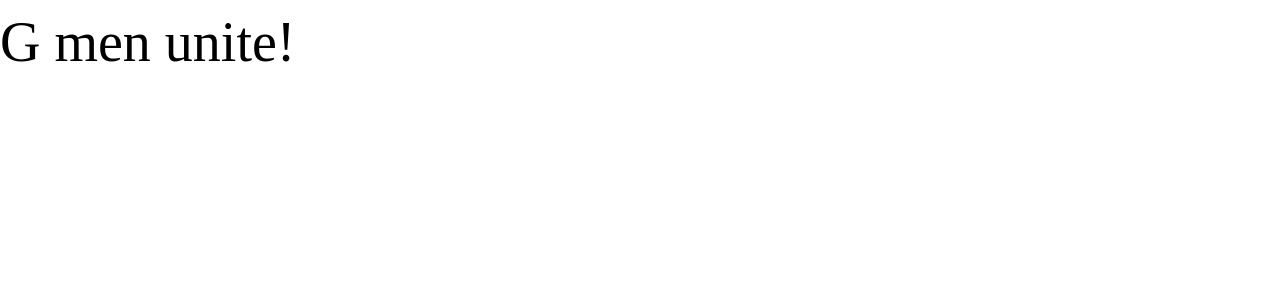
Repository: anthonybrown/website-practice
Page: index.html
An editor plug-in stored every save of this project. The page is shown before and after the next save, followed by the edit.
The browser window is 1280 px wide. The pictures show the whole page.

Above is the page before, as saved 2023-04-18 09:10:12.

### index.html
<!DOCTYPE html>
<html lang="en">

<head>
  <meta charset="UTF-8" />
  <link rel="icon" type="image/svg+xml" href="/vite.svg" />
  <meta name="viewport" content="width=device-width, initial-scale=1.0" />
  <title>Vite App</title>
  <link rel="preconnect" href="https://fonts.googleapis.com">
  <link rel="preconnect" href="https://fonts.gstatic.com" crossorigin>
  <link href="https://fonts.googleapis.com/css2?family=Be+Vietnam+Pro:wght@400;500;700&display=swap" rel="stylesheet">
  <link rel="stylesheet" href="style.css">
</head>

<body>
  <h1 class="fs-primary-heading">G men unite!</h1>
  <script type="module" src="/main.js"></script>
</body>

</html>

### style.css
:root {
  --clr-accent-400: hsl(12, 88%, 59%);
  --clr-accent-100: hsl(13, 100%, 96%);

  --clr-primary-400: hsl(228, 39%, 23%);

  --clr-neutral-100: hsl(232, 12%, 13%);
  --clr-neutral-900: hsl(0, 0%, 0%);

  --ff-primary: 'Be Vietnam Pro', sans-serif;

  --ff-body: var(--ff-primary);
  --ff-heading: var(--ff-primary);

  --fw-regular: 400;
  --fw-semi-bold: 500;
  --fw-bold: 700;

  --fs-300: 0.8125rem;
  --fs-400: 0.875rem;
  --fs-500: 0.9375rem;
  --fs-600: 1rem;
  --fs-700: 1.875rem;
  --fs-800: 2.5rem;
  --fs-900: 3.5rem;

  --fs-body: var(--fs-400);
  --fs-primary-heading: var(--fs-800);
  --fs-secondary-heading: var(--fs-700);
  --fs-nav: var(--fs-500);
  --fs-button: var(--fs-300);
}

@media (min-width: 50em) {
  :root {
    --fs-body: var(--fs-500);
    --fs-primary-heading: var(--fs-900);
    --fs-secondary-heading: var(--fs-800);

    --fs-nav: var(--fs-300);
  }
}

/* Box sizing rules */
*,
*::before,
*::after {
  box-sizing: border-box;
}

/* Remove default margin */

* {
  margin: 0;
  padding: 0;
  font: inherit;
}

/* Remove list styles on ul, ol elements with a list role, which suggests default styling will be removed */
ul[role='list'],
ol[role='list'] {
  list-style: none;
}

/* Set core root defaults */
html:focus-within {
  scroll-behavior: smooth;
}

html,
body {
  height: 100%;
}

/* Set core body defaults */
body {
  text-rendering: optimizeSpeed;
  line-height: 1.5;
}

/* A elements that don't have a class get default styles */
a:not([class]) {
  text-decoration-skip-ink: auto;
}

/* Make images easier to work with */
img,
svg,
picture {
  max-width: 100%;
  display: block;
}


/* Remove all animations, transitions and smooth scroll for people that prefer not to see them */
@media (prefers-reduced-motion: reduce) {
  html:focus-within {
    scroll-behavior: auto;
  }

  *,
  *::before,
  *::after {
    animation-duration: 0.01ms !important;
    animation-iteration-count: 1 !important;
    transition-duration: 0.01ms !important;
    scroll-behavior: auto !important;
  }
}

/* Utility Classes */

.text-primary-400 {
  color: var(--clr-primary-400)
}

.text-accent-400 {
  color: var(--clr-accent-400)
}

.text-neutral-100 {
  color: var(--clr-neutral-100)
}

.text-neutral-900 {
  color: var(--clr-neutral-900)
}

.bg-primary-400 {
  background-color: var(--clr-primary-400)
}

.bg-accent-400 {
  background-color: var(--clr-accent-400)
}

.bg-neutral-100 {
  background-color: var(--clr-neutral-100)
}

.bg-neutral-900 {
  background-color: var(--clr-neutral-900)
}

.fw-bold {
  font-weight: var(--fw-bold);
}

.fw-semi-bold {
  font-weight: var(--fw-semi-bold);
}

.fw-regular {
  font-weight: var(--fw-regular);
}


.fs-primary-heading {
  font-size: var(--fs-primary-heading);
}

.fs-secondary-heading {
  font-size: var(--fs-secondary-heading);
}

.fs-300 {
  font-size: var(--fs-300);
}

.fs-400 {
  font-size: var(--fs-400);
}

.fs-500 {
  font-size: var(--fs-500);
}

.fs-500 {
  font-size: var(--fs-500);
}

Loaded but not shown: main.js (empty)

After the next save:
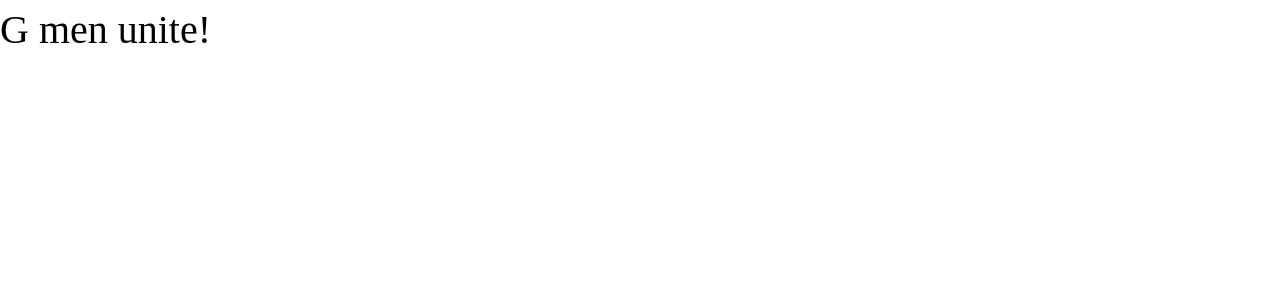
Saved 12 s later.
--- a/index.html
+++ b/index.html
@@ -13,7 +13,7 @@
 </head>
 
 <body>
-  <h1 class="fs-primary-heading">G men unite!</h1>
+  <h1 class="fs-secondary-heading">G men unite!</h1>
   <script type="module" src="/main.js"></script>
 </body>
 

After the save that followed:
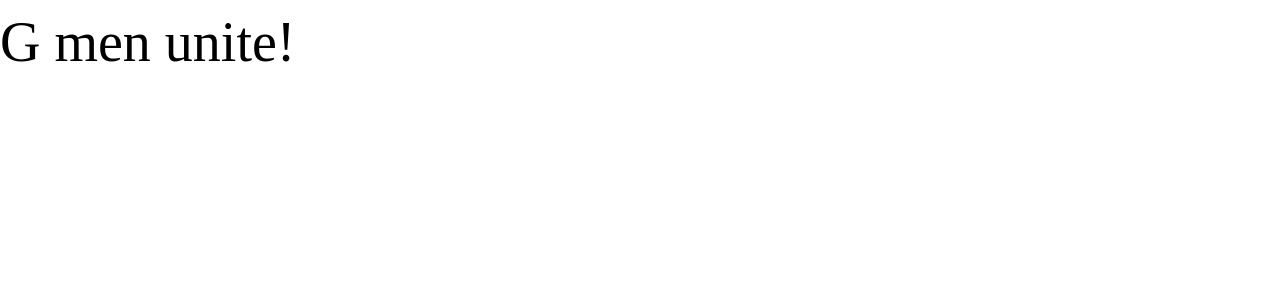
Saved 8 s later.
--- a/index.html
+++ b/index.html
@@ -13,7 +13,7 @@
 </head>
 
 <body>
-  <h1 class="fs-secondary-heading">G men unite!</h1>
+  <h1 class="fs-primary-heading">G men unite!</h1>
   <script type="module" src="/main.js"></script>
 </body>
 
